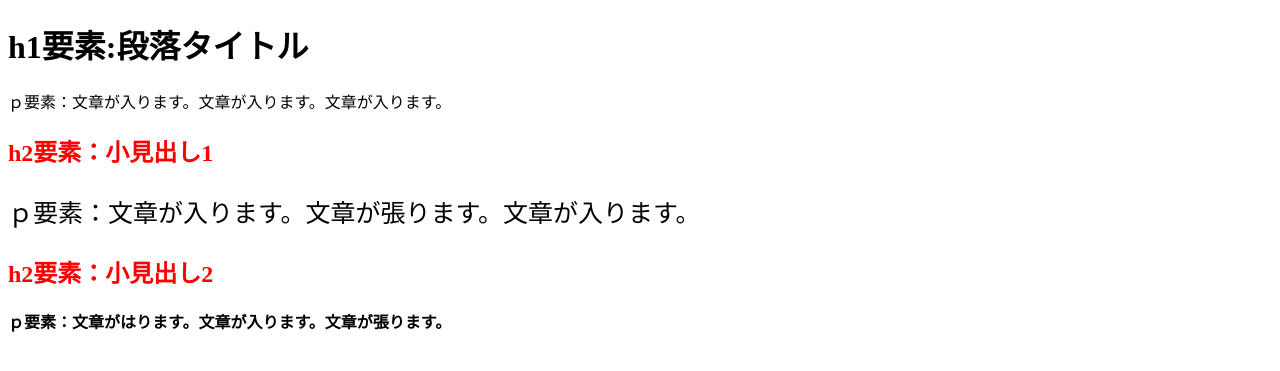
Repository: kinjoushuji/samurai_HTML-CSS
Page: index.html
The author's editor kept a record of every edit. The page is drawn from the files as they stood at one moment, then again after the next edit.
The browser window is 1280 px wide. The pictures show the whole page.

Above is the page before.

After the next edit:
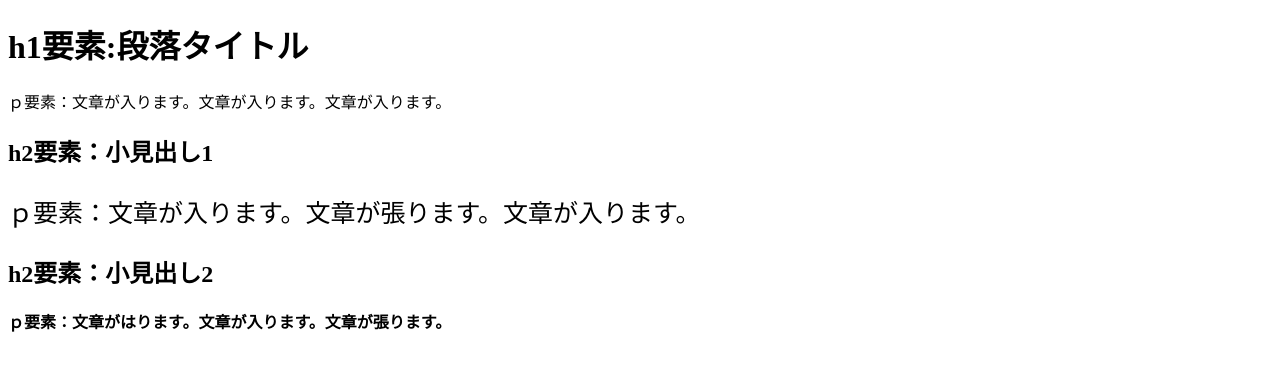
The edit:
--- a/index.html
+++ b/index.html
@@ -4,7 +4,7 @@
     <meta charset="UTF-8">
     <title>HTML/CSSの学習</title>
     <style>
-      h2{
+      #red{
         color:red;
       }
     </style>
